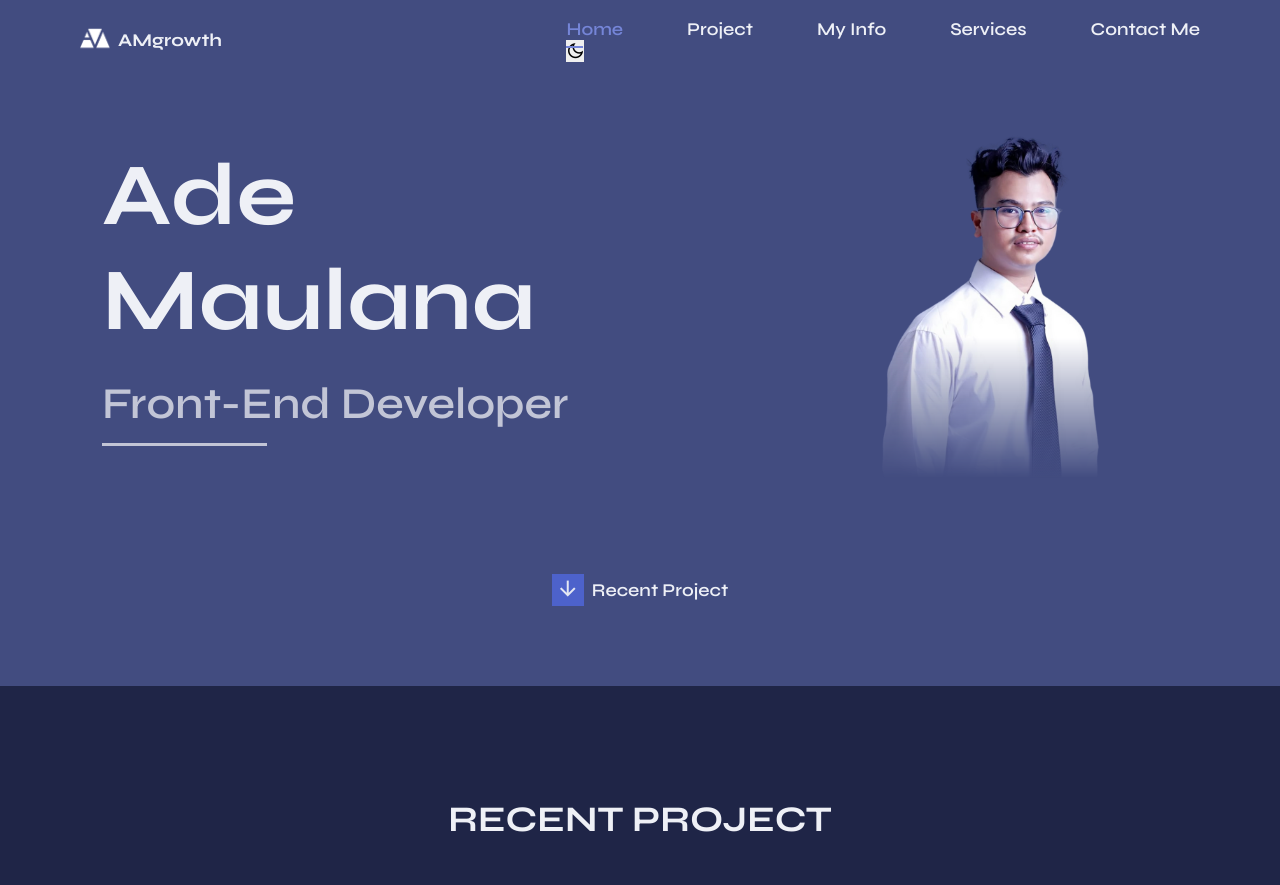
Repository: Ademaulana100499/portofolio
Page: index.html
These files come from the project's save history. The page is drawn as it stood at one moment and after the next save; the edit follows.
The browser window is 1280 px wide. The pictures show the part of the page from y = 0 to 885 px (the page is 6336 px tall).
A picture or video elsewhere on the page could not be fetched, so the positions and the page height are approximate. Some web fonts or font styles are not loaded; a fallback is used.

Above is the page before, as saved 2024-12-02 13:50:13.

After the next save:
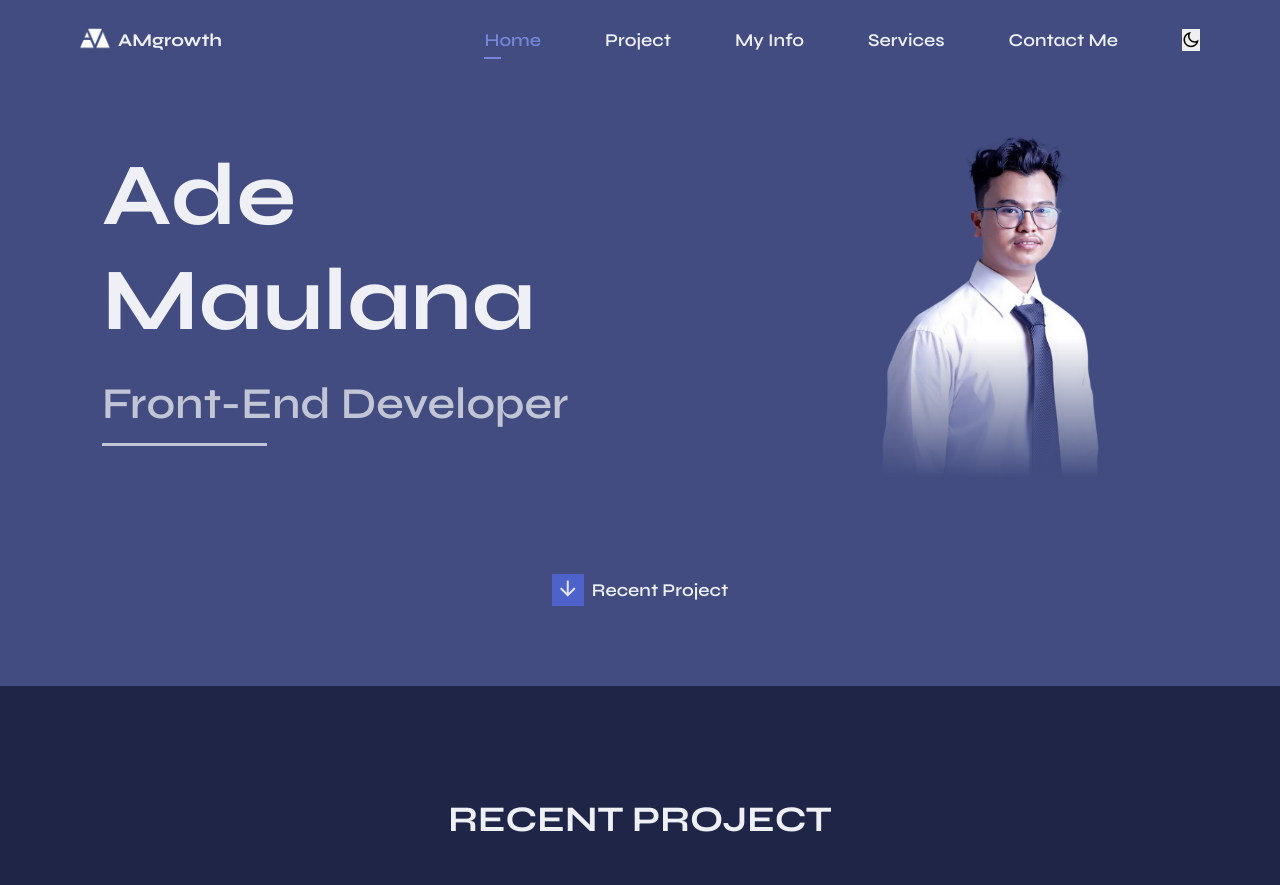
Saved 57 s later.
--- a/index.html
+++ b/index.html
@@ -39,10 +39,13 @@
             <li>
               <a href="#contact" class="nav__link">Contact Me</a>
             </li>
+            <li>
+              <button class="theme-switch">
+                <i class="ri-moon-line"></i>
+              </button>
+            </li>
           </ul>
-          <button class="theme-switch">
-            <i class="ri-moon-line"></i>
-          </button>
+
           <!-- Close Button -->
           <div class="nav__close" id="nav-close">
             <i class="ri-close-line"></i>
